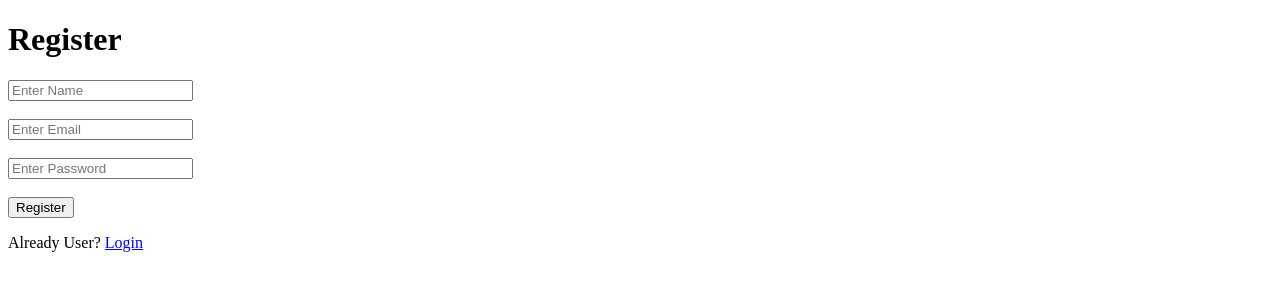
Repository: DeepikaBotla77/Ecommerce
Page: /register
These files come from the project's save history. The page is drawn as it stood at one moment and after a run of saves; the edit follows.
The browser window is 1280 px wide. The pictures show the whole page.
The project was rebuilt for these pictures with package versions that can differ from the ones it lists, and the page was loaded fresh each time. Also part of the build but not shown: vite.config.js, src/component/Login.jsx, src/component/Home.jsx, src/component/Navbar.jsx, src/Product/Products.jsx, src/Product/Productdetails.jsx, src/Product/Addcart.jsx.

Above is the page before, as saved 2026-06-30 14:08:04.

### index.html
<!doctype html>
<html lang="en">
  <head>
    <meta charset="UTF-8" />
    <link rel="icon" type="image/svg+xml" href="/favicon.svg" />
    <meta name="viewport" content="width=device-width, initial-scale=1.0" />
    <title>eww</title>
  </head>
  <body>
    <div id="root"></div>
    <script type="module" src="/src/main.jsx"></script>
  </body>
</html>

### src/main.jsx
import React from "react";
import ReactDOM from "react-dom/client";
import App from "./App";
import { BrowserRouter } from "react-router-dom";

ReactDOM.createRoot(document.getElementById("root")).render(
  <BrowserRouter>
    <App />
  </BrowserRouter>
);

### src/App.jsx
import { Routes, Route } from "react-router-dom";

import Login from "./component/Login";
import Register from "./component/Register";
import Home from "./component/Home";
import Products from "./Product/Products";
import ProductDetails from "./Product/ProductDetails";
import Addcart from "./Product/Addcart";
function App() {
  return (
    <Routes>

      <Route path="/" element={<Login />} />

      <Route path="/register" element={<Register />} />

      <Route path="/home" element={<Home />} />

      <Route path="/products" element={<Products />} />

      <Route path="/products/:id" element={<ProductDetails />} />
      <Route path="/cart" element={<Addcart/>}/>
    </Routes>
  );
}

export default App;

### src/component/Register.jsx
import { useState } from "react";
import { Link, useNavigate } from "react-router-dom";

function Register() {
  const navigate = useNavigate();
   const [name, setName] = useState("");
  const [email, setEmail] = useState("");
  const [password, setPassword] = useState("");

  const onRegister = async (e) => {
    e.preventDefault();

    const user = {
      name,
      email,
      password,
    };

    try {
      const res = await fetch("http://localhost:3000/user", {
        method: "POST",
        headers: {
          "Content-Type": "application/json",
        },
        body: JSON.stringify(user),
      });

      if (res.ok) {
        alert("Registration Successful");
        navigate("/");
      } else {
        alert("Registration Failed");
      }
    } catch (error) {
      console.log(error);
      alert("Server Error");
    }
  };

  return (
    <div className="container">
      <form className="box" onSubmit={onRegister}>
        <h1>Register</h1>

        <input
          type="text"
          placeholder="Enter Name"
          value={name}
          onChange={(e) => setName(e.target.value)}
        />
        <br />
        <br />

        <input
          type="email"
          placeholder="Enter Email"
          value={email}
          onChange={(e) => setEmail(e.target.value)}
        />
        <br />
        <br />

        <input
          type="password"
          placeholder="Enter Password"
          value={password}
          onChange={(e) => setPassword(e.target.value)}
        />
        <br />
        <br />

        <button type="submit">Register</button>

        <p>
          Already User? <Link to="/">Login</Link>
        </p>
      </form>
    </div>
  );
}

export default Register;

After the next 3 saves:
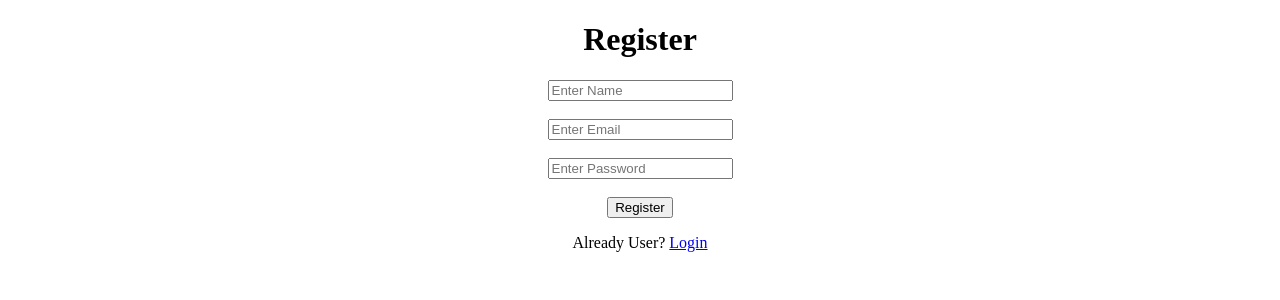
The 3 saves are shown as one change because 2 did not build or start.
The last was saved 42 s later.
--- a/src/component/Register.jsx
+++ b/src/component/Register.jsx
@@ -38,6 +38,7 @@ function Register() {
   };
 
   return (
+    <center>
     <div className="container">
       <form className="box" onSubmit={onRegister}>
         <h1>Register</h1>
@@ -76,6 +77,7 @@ function Register() {
         </p>
       </form>
     </div>
+    </center>
   );
 }
 
